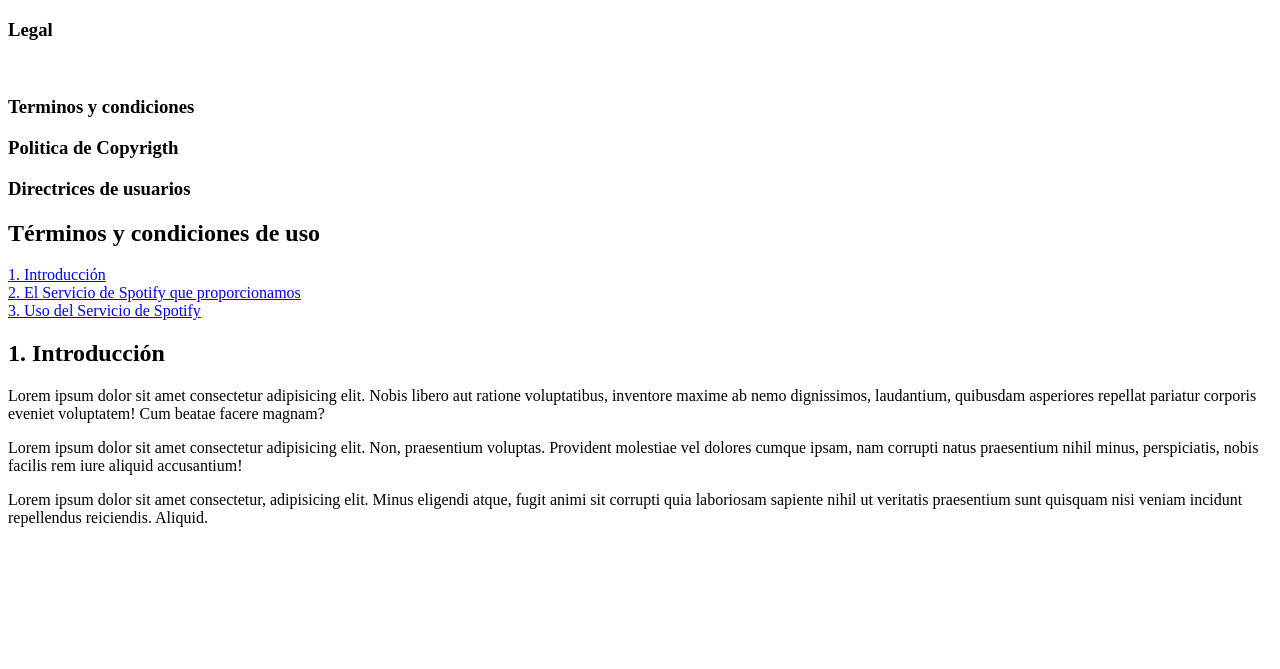
Repository: Devbenitez/Gen_30
Page: Gen_30/Maquetado/practicas/index.html
The author's editor kept a copy of each file at every save. The page is drawn from the files as they stood at one save, then again after the next save.
The browser window is 1280 px wide. The pictures show the whole page.

Above is the page before, as saved 2023-11-07 23:05:09.

### Gen_30/Maquetado/practicas/index.html
<!DOCTYPE html>
<html lang="es">
    <meta charset="UTF-8" />
    <meta name="descripción" content="=practica1"/>
    <meta name="author" content="danielbenitez" />
<head>
<title>Practica spotify</title>
</head>
<body>
<section>
<h3><b>Legal</b></h3><br />
<h3>Terminos y condiciones</h3>
<h3>Politica de Copyrigth</h3>
<h3>Directrices de usuarios</h3>
</section>
<section>
    <h1>Términos y condiciones de uso</h1>
</section>
<section>
    <a href="#1. Introducción">1. Introducción</a><br />
    <a href="#2. El Servicio de Spotify que proporcionamos">2. El Servicio de Spotify que proporcionamos</a><br />
    <a href="#3. Uso del Servicio de Spotify">3. Uso del Servicio de Spotify</a><br />
</section>
<section>
    <h1>1. Introducción</h1>
    <p>
        Lorem ipsum dolor sit amet consectetur adipisicing elit. Nobis libero aut ratione voluptatibus, inventore maxime ab nemo dignissimos, laudantium, quibusdam asperiores repellat pariatur corporis eveniet voluptatem! Cum beatae facere magnam?
    </p>
    <p>
        Lorem ipsum dolor sit amet consectetur adipisicing elit. Non, praesentium voluptas. Provident molestiae vel dolores cumque ipsam, nam corrupti natus praesentium nihil minus, perspiciatis, nobis facilis rem iure aliquid accusantium!
    </p>
    <p>
        Lorem ipsum dolor sit amet consectetur, adipisicing elit. Minus eligendi atque, fugit animi sit corrupti quia laboriosam sapiente nihil ut veritatis praesentium sunt quisquam nisi veniam incidunt repellendus reiciendis. Aliquid.
    </p>
</section>


</body>
</html>

After the next save:
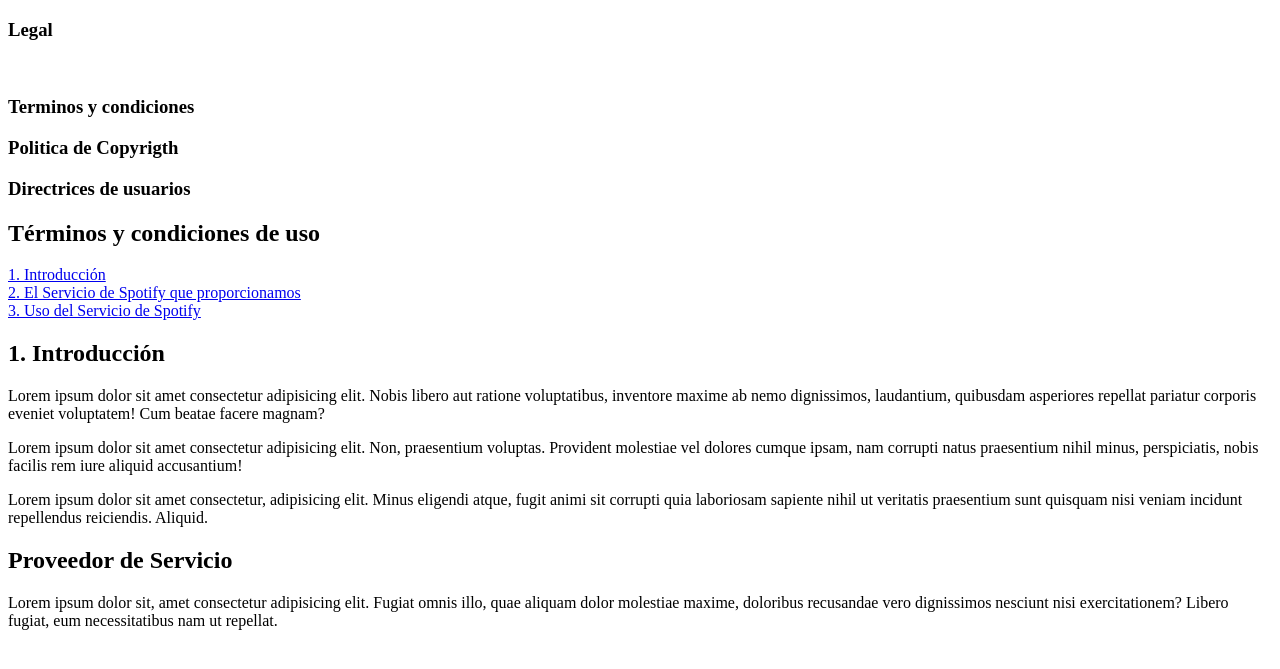
Saved 99 s later.
--- a/Gen_30/Maquetado/practicas/index.html
+++ b/Gen_30/Maquetado/practicas/index.html
@@ -7,12 +7,12 @@
 <title>Practica spotify</title>
 </head>
 <body>
-<section>
+<main>
 <h3><b>Legal</b></h3><br />
 <h3>Terminos y condiciones</h3>
 <h3>Politica de Copyrigth</h3>
 <h3>Directrices de usuarios</h3>
-</section>
+</main>
 <section>
     <h1>Términos y condiciones de uso</h1>
 </section>
@@ -32,6 +32,11 @@
     <p>
         Lorem ipsum dolor sit amet consectetur, adipisicing elit. Minus eligendi atque, fugit animi sit corrupti quia laboriosam sapiente nihil ut veritatis praesentium sunt quisquam nisi veniam incidunt repellendus reiciendis. Aliquid.
     </p>
+    <h2>Proveedor de Servicio</h2>
+    <p>
+        Lorem ipsum dolor sit, amet consectetur adipisicing elit. Fugiat omnis illo, quae aliquam dolor molestiae maxime, doloribus recusandae vero dignissimos nesciunt nisi exercitationem? Libero fugiat, eum necessitatibus nam ut repellat.
+    </p>
+
 </section>
 
 
